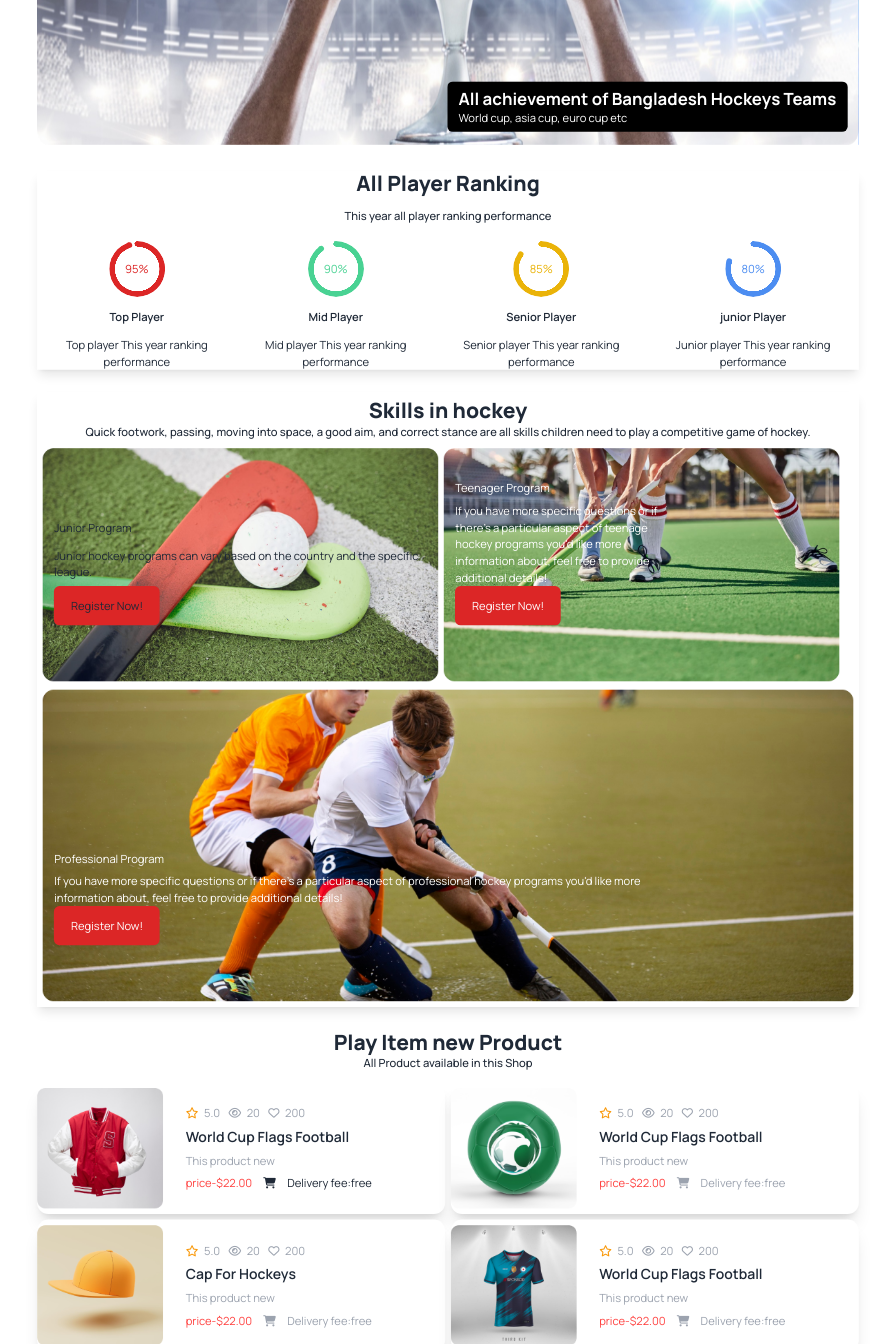
Repository: sumonkumarsarkar/bd-hockeys-team
Page: index.html
These files come from the project's save history. The page is drawn as it stood at one moment and after the next save; the edit follows.
The browser window is 1280 px wide. The pictures show the part of the page from y = 625 to 2545 px (the page is 4520 px tall), at 70% of full size.
Some web libraries are served in a nearby version.

Above is the page before, as saved 2024-01-24 20:10:00.

After the next save:
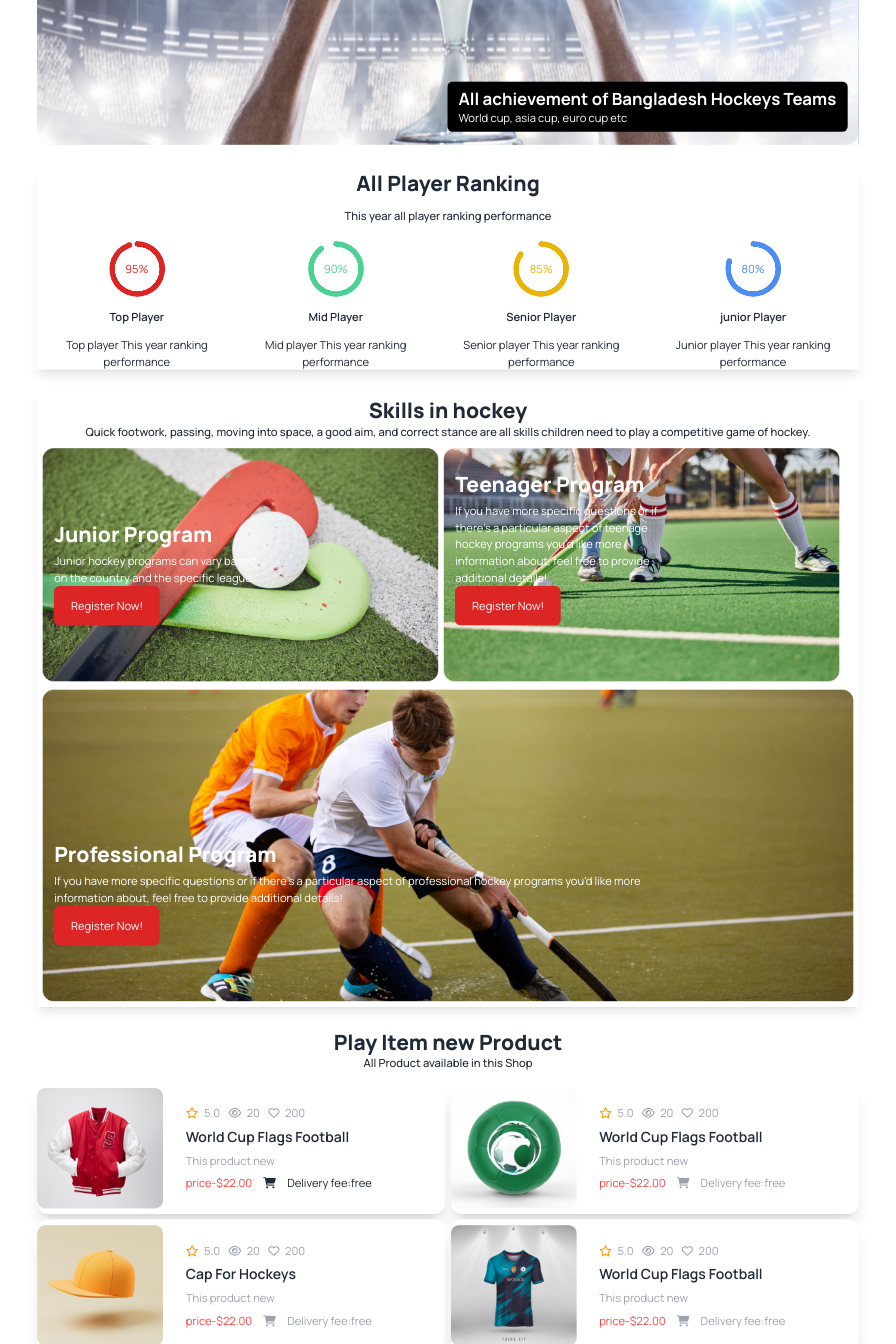
Saved 51 s later.
--- a/index.html
+++ b/index.html
@@ -168,9 +168,9 @@
             <div class="w-[450 px] lg:w-[565px]">
                 <div><img src="./Images/2.png" alt=""></div>
              </div>
-             <div class="absolute bottom-20 left-4">
-                <h2 class="py-2">Junior Program</h2>
-                <p class="py-2">Junior hockey programs can vary based on the country and the specific league.</p>
+             <div class="absolute bottom-20 left-4 text-white">
+                <h2 class="py-2 font-extrabold text-3xl">Junior Program</h2>
+                <p class="pe-60">Junior hockey programs can vary based on the country and the specific league.</p>
                 <button  class="py-4 px-6 rounded-lg bg-red-600" type="button">Register Now!</button>
              </div>
         </div>
@@ -186,7 +186,7 @@
             <div><img src="./Images/3.png" alt=""></div>
          </div>
          <div class="absolute bottom-20 left-4 text-white">
-            <h2 class="py-2">Teenager Program</h2>
+            <h2 class="py-2 font-extrabold text-3xl">Teenager Program</h2>
             <p class="pe-60">If you have more specific questions or if there's a particular aspect of teenage hockey programs you'd like more information about, feel free to provide additional details!</p>
             <button  class="py-4 px-6 rounded-lg bg-red-600" type="button">Register Now!</button>
          </div>
@@ -211,7 +211,7 @@
             <div><img src="./Images/4.png" alt=""></div>
          </div>
          <div class=" absolute bottom-10 lg:bottom-20 left-4 text-white">
-            <h2 class="py-2">Professional Program</h2>
+            <h2 class="py-2 font-extrabold text-3xl">Professional Program</h2>
             <p class="pe-60">If you have more specific questions or if there's a particular aspect of professional hockey programs you'd like more information about, feel free to provide additional details!</p>
             <button  class="py-4 px-6 rounded-lg bg-red-600" type="button">Register Now!</button>
          </div>
